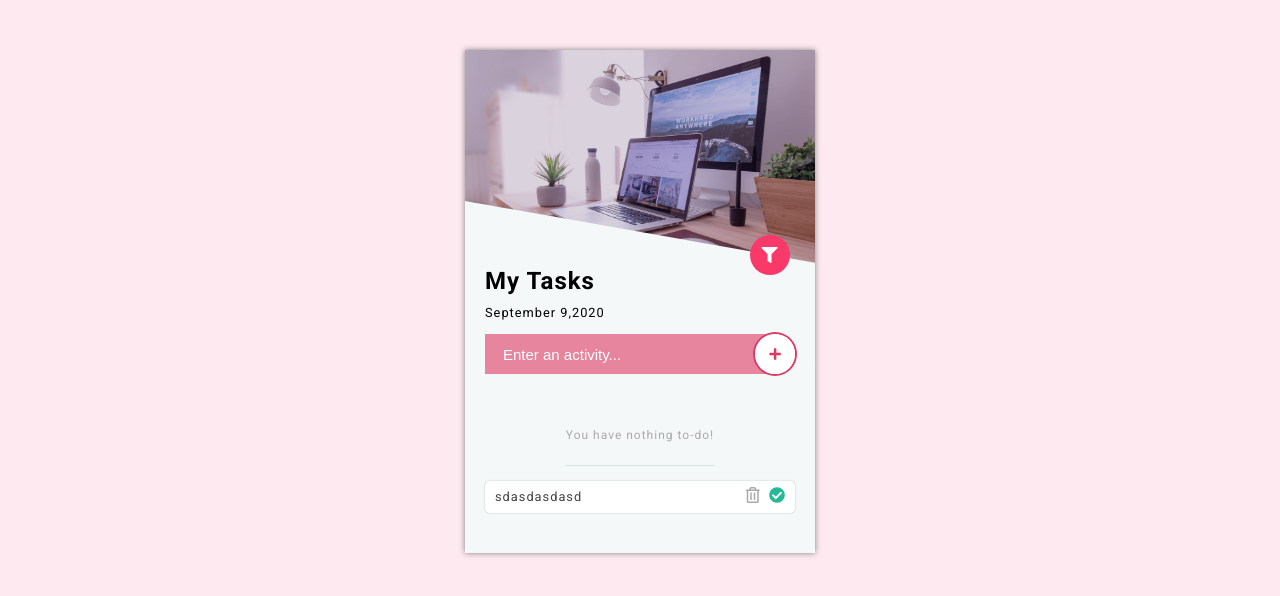
Repository: Khoi300399/BC35E_ES6-B4_MaThanhKhoi
Page: index.html
These files come from the project's save history. The page is drawn as it stood at one moment and after the next save; the edit follows.
The browser window is 1280 px wide. The pictures show the whole page.
Some web libraries are served in a nearby version.

Above is the page before, as saved 2022-10-26 11:15:59.

After the next save:
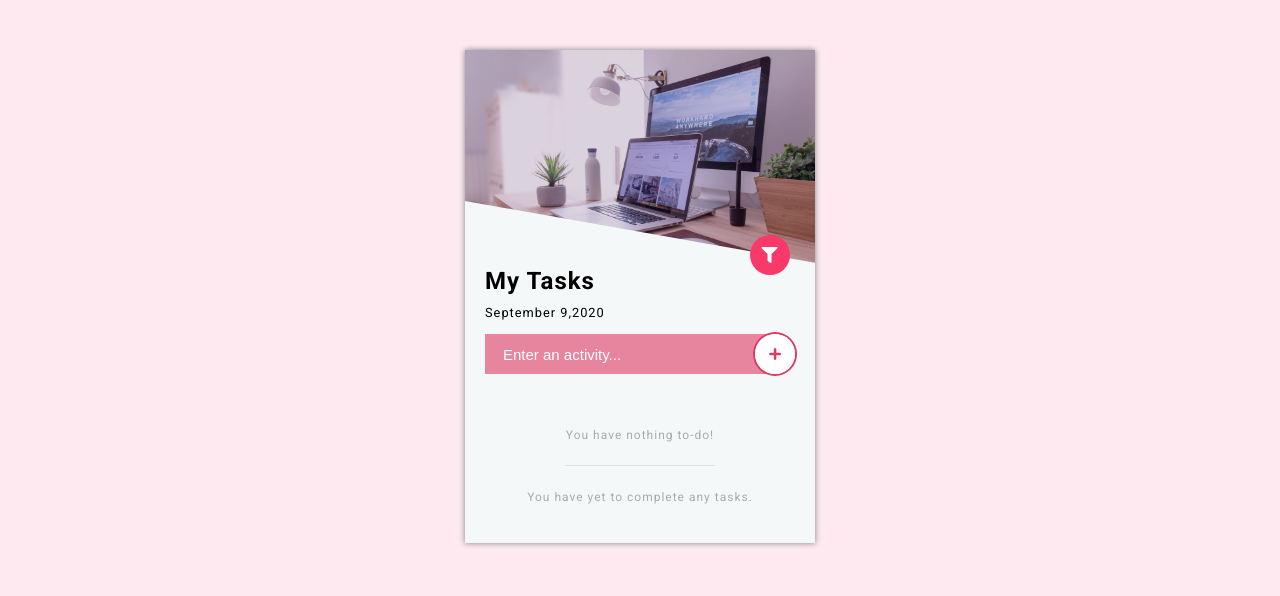
Saved 4 s later.
--- a/index.html
+++ b/index.html
@@ -54,21 +54,7 @@
             <!-- Uncompleted tasks -->
             <ul class="todo" id="todo"></ul>
             <!-- Completed tasks -->
-            <ul class="todo" id="completed">
-              <li>
-                sdasdasdasd
-                <div class="buttons">
-                  <button>
-                    <a class="remove"><i class="far fa-trash-alt"></i></a>
-                  </button>
-                  <button>
-                    <span class="complete"
-                      ><i class="fas fa-check-circle"></i
-                    ></span>
-                  </button>
-                </div>
-              </li>
-            </ul>
+            <ul class="todo" id="completed"></ul>
           </div>
         </div>
       </div>
